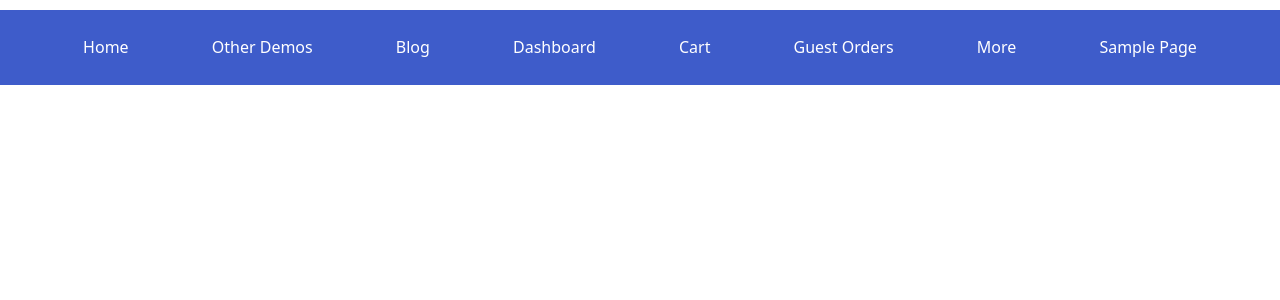
Repository: lannguyen1301/f8-zoom-day-4
Page: menu.html
An editor plug-in stored every save of this project. The page is shown before and after the next save, followed by the edit.
The browser window is 1280 px wide. The pictures show the whole page.

Above is the page before, as saved 2025-04-18 01:32:46.

After the next save:
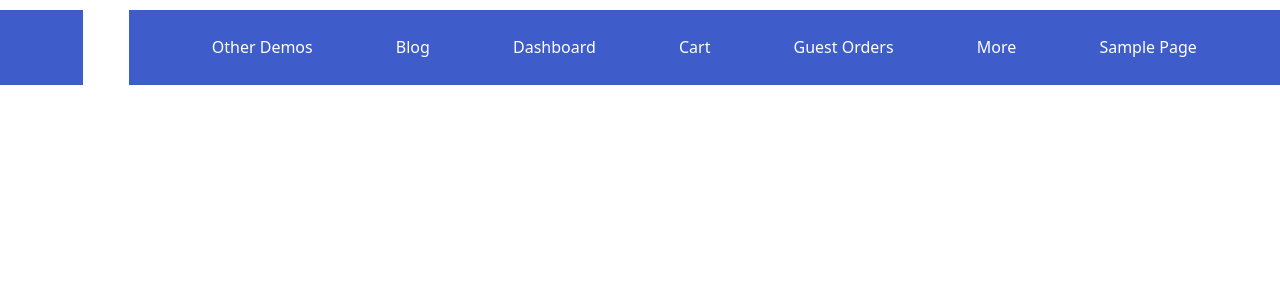
Saved 5 s later.
--- a/menu.html
+++ b/menu.html
@@ -12,7 +12,7 @@
 <body>
     <nav class="navbar">
         <ul class="navbar-list">
-            <li class="navbar-item .active">
+            <li class="navbar-item active">
                 <a href="!#" class="nabr-link">Home</a>
             </li>
             <li class="navbar-item">
